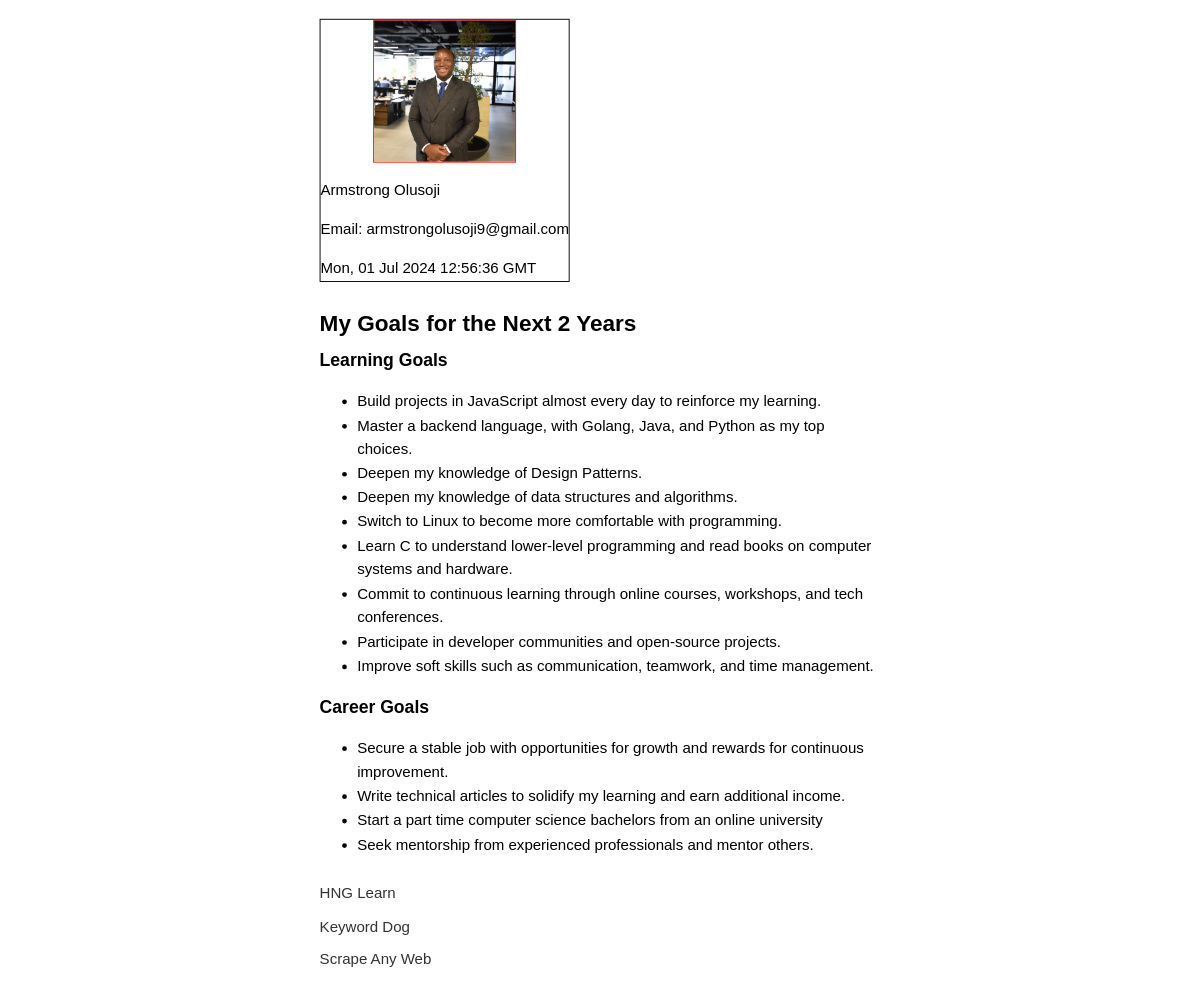
Repository: Armstrong2035/hng-project-one
Page: index.html
The author's editor kept a copy of each file at every save. The page is drawn from the files as they stood at one save, then again after the next save.
The browser window is 1280 px wide. The pictures show the whole page, at 94% of full size.

Above is the page before, as saved 2024-07-01 16:31:16.

### index.html
<!DOCTYPE html>
<html>
  <head>
    <meta charset="utf-8" />
    <meta name="viewport" content="width=device-width" />
    <title>Armstrong Olusoji's Goals</title>
    <link href="style.css" rel="stylesheet" type="text/css" />
    <script src="script.js" defer></script>
  </head>
  <body>
    <div id="container">
      <div class="profile-card">
        <div class="profile-picture">
          <img
            src="Headshot.jpg"
            alt="Profile Picture"
            class="headshot"
            data-testid="slackProfilePicture"
          />
        </div>
        <div class="display-information">
          <p data-testid="slackDisplayName">Armstrong Olusoji</p>
          <p data-testid="slackEmail">Email: armstrongolusoji9@gmail.com</p>
          <p data-testid="currentTimeUTC" id="current-time">Loading...</p>
        </div>
      </div>

      <section id="my-goals">
        <h2>My Goals for the Next 2 Years</h2>
        <div class="learning-goals">
          <h3>Learning Goals</h3>
          <ul>
            <li>
              Build projects in JavaScript almost every day to reinforce my
              learning.
            </li>
            <li>
              Master a backend language, with Golang, Java, and Python as my top
              choices.
            </li>
            <li>Deepen my knowledge of Design Patterns.</li>
            <li>Deepen my knowledge of data structures and algorithms.</li>
            <li>
              Switch to Linux to become more comfortable with programming.
            </li>
            <li>
              Learn C to understand lower-level programming and read books on
              computer systems and hardware.
            </li>
            <li>
              Commit to continuous learning through online courses, workshops,
              and tech conferences.
            </li>
            <li>
              Participate in developer communities and open-source projects.
            </li>
            <li>
              Improve soft skills such as communication, teamwork, and time
              management.
            </li>
          </ul>
        </div>
        <div class="career-goals">
          <h3>Career Goals</h3>
          <ul>
            <li>
              Secure a stable job with opportunities for growth and rewards for
              continuous improvement.
            </li>
            <li>
              Write technical articles to solidify my learning and earn
              additional income.
            </li>
            <li>
              Start a part time computer science bachelors from an online
              university
            </li>
            <li>
              Seek mentorship from experienced professionals and mentor others.
            </li>
          </ul>
        </div>
      </section>

      <section>
        <a href="https://hng.tech/learn" data-testid="hngLink">HNG Learn</a>
        <a href="https://keyword.dog" data-testid="keywordLink">Keyword Dog</a>
        <a href="https://scrapeanyweb.site" data-testid="scrapeanywebLink"
          >Scrape Any Web</a
        >
      </section>
    </div>
  </body>
</html>

### style.css
body {
  font-family: Arial, sans-serif;
  line-height: 1.6;
  margin: 0;
  padding: 0;
}

#container {
  max-width: 800px;
  margin: 0 auto;
  padding: 20px;
  display: flex;
  flex-direction: column;
  align-items: flex-start;
}

.profile-card {
  margin-bottom: 20px;
  display: flex;
  flex-direction: column;
  align-items: flex-start;
  border: 1px solid black;
}

.profile-picture {
  height: 150px;
  width: 150px;
  margin: 0 auto;
  border: 1px solid red;
  align-self: flex-start;
}

.profile-picture .headshot {
  height: 100%;
  width: 100%;
  object-fit: cover;
}

.display-information {
  flex-direction: column;
  align-items: flex-start;
}

.display-information p {
  margin-bottom: 1px;
}

h2,
h3 {
  margin: 5px 0;
}

a {
  display: block;
  margin: 10px 0;
  color: #333;
  text-decoration: none;
}

a:hover {
  text-decoration: underline;
}

@media (min-width: 600px) {
  #container {
    max-width: 600px;
  }
}

### script.js
function updateTime() {
  const now = new Date();
  const utcTime = now.toUTCString();
  const day = now.toLocaleDateString("en-US", { weekday: "long" });
  document.getElementById("current-time").textContent = ` ${utcTime}`;
}

setInterval(updateTime, 1000);
updateTime();

After the next save:
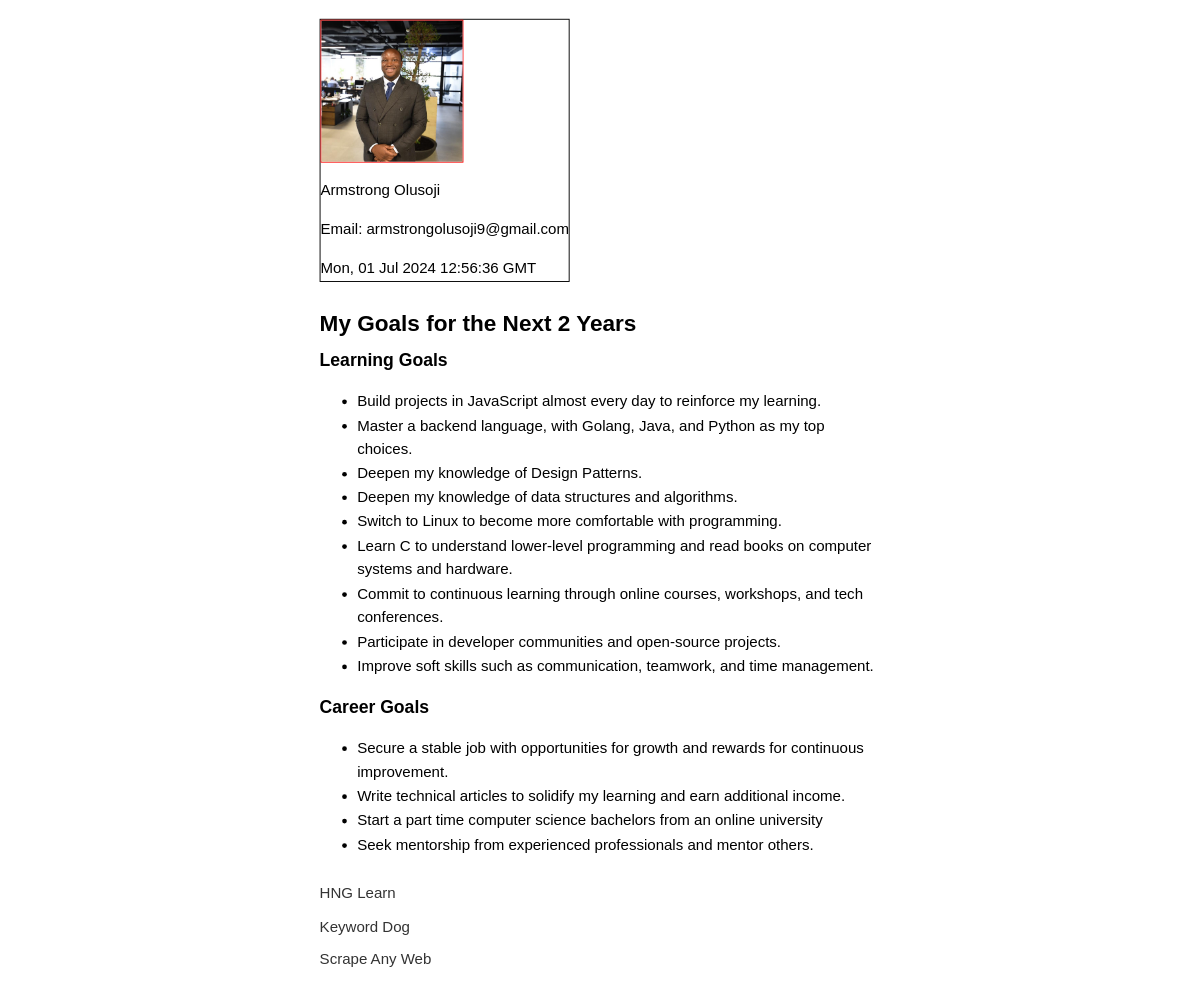
Saved 49 s later.
--- a/style.css
+++ b/style.css
@@ -25,7 +25,7 @@ body {
 .profile-picture {
   height: 150px;
   width: 150px;
-  margin: 0 auto;
+
   border: 1px solid red;
   align-self: flex-start;
 }
